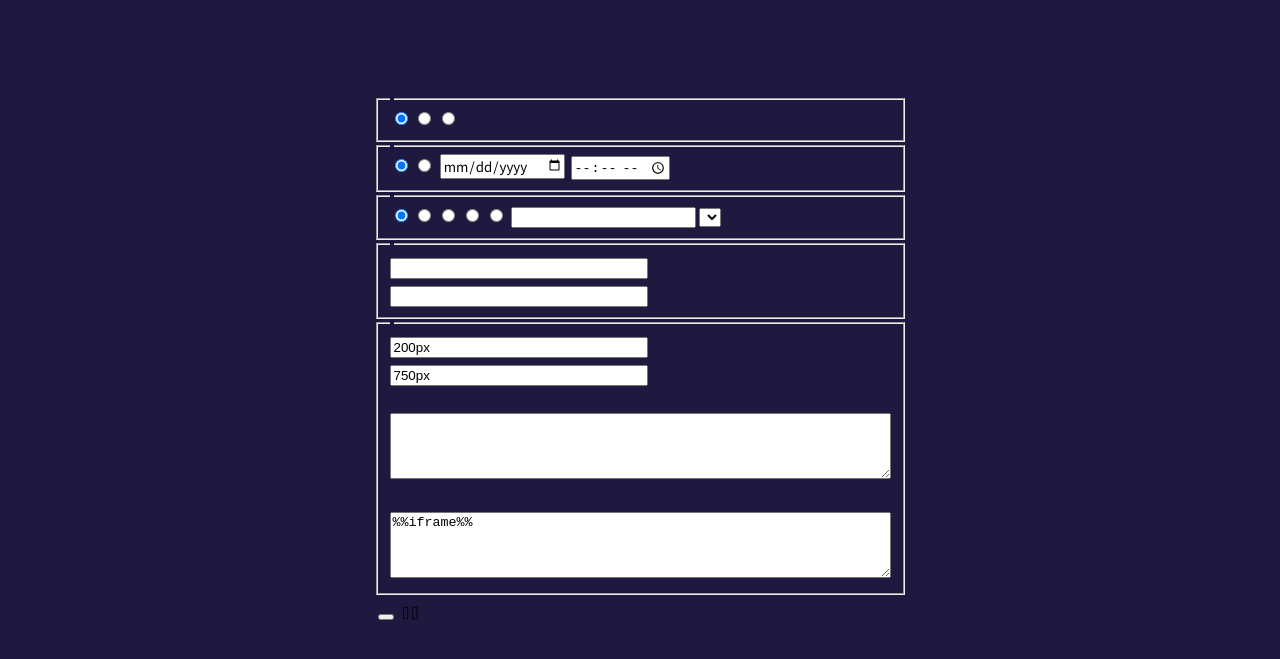
Repository: cirisus/ArknighTimer
Page: timer-selector.html
An editor plug-in stored every save of this project. The page is shown before and after the next save, followed by the edit.
The browser window is 1280 px wide. The pictures show the whole page.
Some web fonts or font styles are not loaded; a fallback is used.

Above is the page before, as saved 2024-03-08 22:07:57.

After the next save:
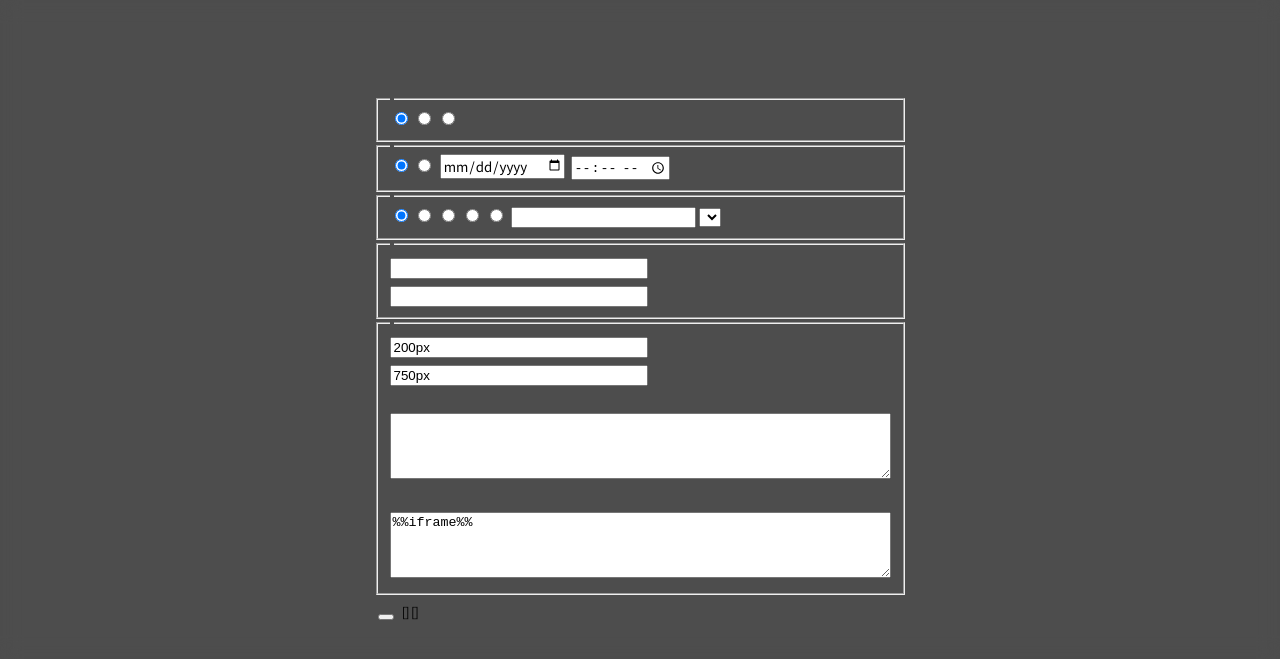
Saved 11 s later.
--- a/timer-selector.css
+++ b/timer-selector.css
@@ -10,7 +10,7 @@
   margin: 0;
   font-family: 'Bender','Noto Sans SC', sans-serif;
   letter-spacing: -.05em;
-  background-color: #1f1940;
+  background-color: #4d4d4d;
   /*background-image: url(https://picsum.photos/800/1200);*/
   background-position: center;
   background-repeat: no-repeat;
